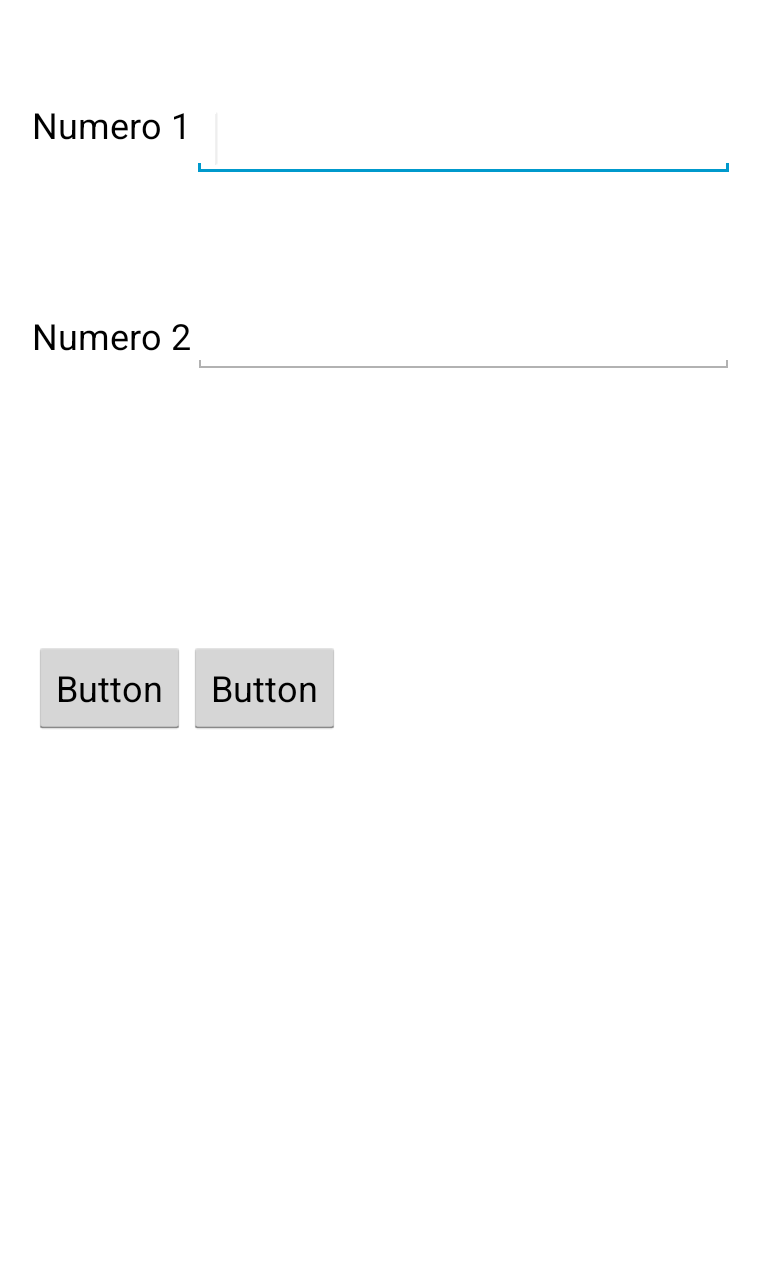
Repository: evervasquez/CursoAndroid
Layout: Precalculadora/res/layout/fragment_main.xml
An editor plug-in stored every save of this project. The layout is shown before and after the next save, followed by the edit.
It is drawn on a 768 x 1280 px phone screen (xhdpi) without system bars, with theme AppTheme; the app's code is not run.

Above is the layout before, as saved 2014-04-29 03:30:55.

### Precalculadora/res/layout/fragment_main.xml
<LinearLayout xmlns:android="http://schemas.android.com/apk/res/android"
    xmlns:tools="http://schemas.android.com/tools"
    android:layout_width="match_parent"
    android:layout_height="match_parent"
    android:paddingBottom="@dimen/activity_vertical_margin"
    android:paddingLeft="@dimen/activity_horizontal_margin"
    android:paddingRight="@dimen/activity_horizontal_margin"
    android:paddingTop="@dimen/activity_vertical_margin"
    android:orientation="vertical"
    tools:context="com.android.precalculadora.MainActivity$PlaceholderFragment" >

    <RelativeLayout
        android:id="@+id/liner1"
        android:layout_width="fill_parent"
        android:layout_height="0dp"
        android:layout_weight="1"
        android:orientation="horizontal" >

        <EditText
            android:id="@+id/editText1"
            android:layout_width="wrap_content"
            android:layout_height="wrap_content"
            android:layout_alignParentRight="true"
            android:layout_alignTop="@+id/textView1"
            android:layout_toRightOf="@+id/textView1"
            android:ems="10"
            android:inputType="numberDecimal" >

            <requestFocus />
        </EditText>

        <TextView
            android:id="@+id/textView1"
            android:layout_width="wrap_content"
            android:layout_height="wrap_content"
            android:layout_alignParentLeft="true"
            android:layout_alignParentTop="true"
            android:layout_marginTop="34dp"
            android:text="@string/txt_num1"
            android:textAppearance="?android:attr/textAppearanceMedium" />

        <TextView
            android:id="@+id/textView2"
            android:layout_width="wrap_content"
            android:layout_height="wrap_content"
            android:layout_alignParentLeft="true"
            android:layout_centerVertical="true"
            android:text="@string/txt_num2"
            android:textAppearance="?android:attr/textAppearanceMedium" />

        <EditText
            android:id="@+id/editText2"
            android:layout_width="wrap_content"
            android:layout_height="wrap_content"
            android:layout_alignBaseline="@+id/textView2"
            android:layout_alignBottom="@+id/textView2"
            android:layout_alignLeft="@+id/editText1"
            android:layout_alignParentRight="true"
            android:ems="10"
            android:inputType="numberDecimal" />

    </RelativeLayout>

	<LinearLayout
	    android:id="@+id/liner2"
        android:layout_width="fill_parent"
        android:layout_height="0dp"
        android:layout_weight="1"
        android:orientation="horizontal" >

		<Button
		    android:id="@+id/button1"
		    android:layout_width="wrap_content"
		    android:layout_height="wrap_content"
		    android:text="Button" />

		<Button
		    android:id="@+id/button2"
		    android:layout_width="wrap_content"
		    android:layout_height="wrap_content"
		    android:text="Button" />

    </LinearLayout>
</LinearLayout>

### Precalculadora/res/values/strings.xml
<?xml version="1.0" encoding="utf-8"?>
<resources>

    <string name="app_name">Precalculadora</string>
    <string name="hello_world">Hello world!</string>
    <string name="action_settings">Settings</string>
    <string name="txt_num1">Numero 1</string>
    <string name="txt_num2">Numero 2</string>

</resources>

Loaded but not shown: Precalculadora/res/values/styles.xml (common file); Precalculadora/res/values-v11/styles.xml (common file); Precalculadora/res/values-v14/styles.xml (common file); Precalculadora/res/values/dimens.xml (common file); Precalculadora/res/values-w820dp/dimens.xml (common file)

After the next save:
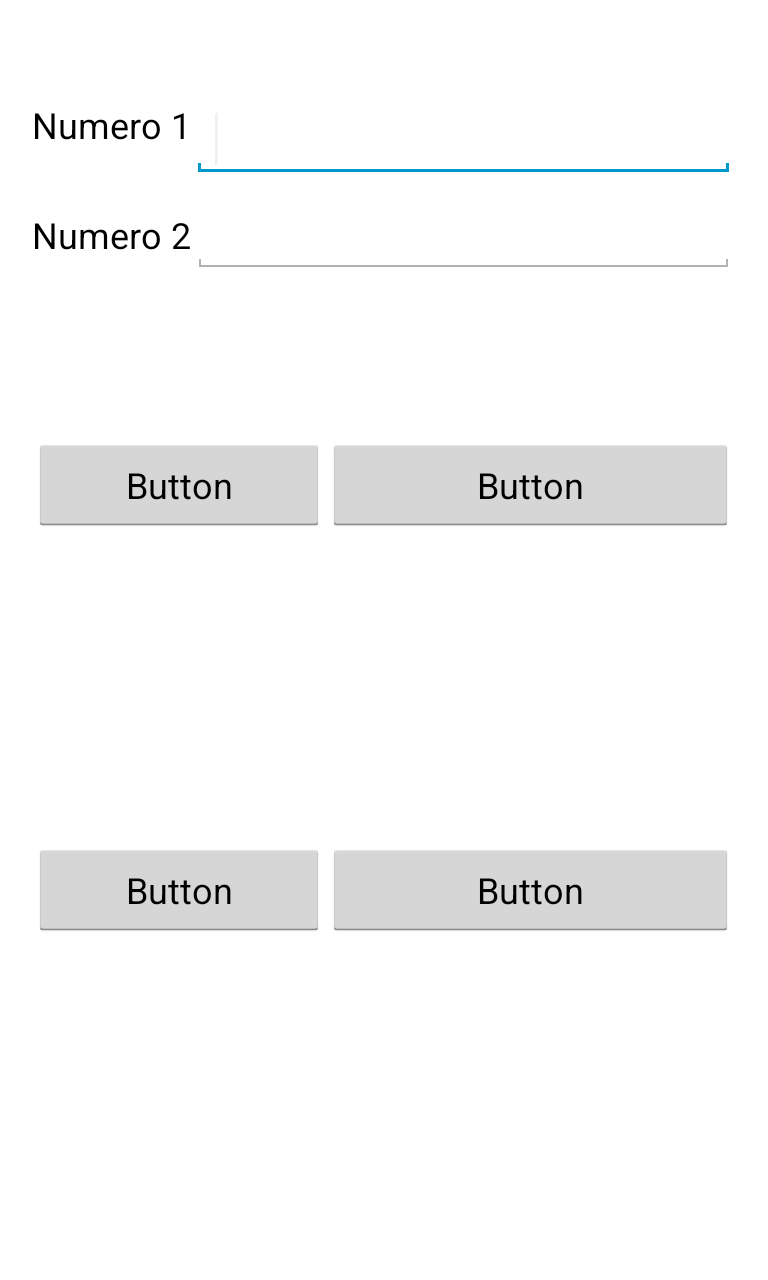
Saved 21 s later.
--- a/Precalculadora/res/layout/fragment_main.xml
+++ b/Precalculadora/res/layout/fragment_main.xml
@@ -63,22 +63,44 @@
 
 	<LinearLayout
 	    android:id="@+id/liner2"
-        android:layout_width="fill_parent"
-        android:layout_height="0dp"
-        android:layout_weight="1"
-        android:orientation="horizontal" >
+	    android:layout_width="fill_parent"
+	    android:layout_height="0dp"
+	    android:layout_weight="1"
+	    android:orientation="horizontal" >
 
-		<Button
-		    android:id="@+id/button1"
-		    android:layout_width="wrap_content"
-		    android:layout_height="wrap_content"
-		    android:text="Button" />
+	    <Button
+	        android:id="@+id/button1"
+	        android:layout_width="wrap_content"
+	        android:layout_height="wrap_content"
+	        android:layout_weight="0.33"
+	        android:text="Button" />
 
-		<Button
-		    android:id="@+id/button2"
-		    android:layout_width="wrap_content"
-		    android:layout_height="wrap_content"
-		    android:text="Button" />
+	    <Button
+	        android:id="@+id/button2"
+	        android:layout_width="wrap_content"
+	        android:layout_height="wrap_content"
+	        android:layout_weight="0.60"
+	        android:text="Button" />
+	</LinearLayout>
+	<LinearLayout
+	    android:id="@+id/liner2"
+	    android:layout_width="fill_parent"
+	    android:layout_height="0dp"
+	    android:layout_weight="1"
+	    android:orientation="horizontal" >
 
-    </LinearLayout>
+	    <Button
+	        android:id="@+id/button1"
+	        android:layout_width="wrap_content"
+	        android:layout_height="wrap_content"
+	        android:layout_weight="0.33"
+	        android:text="Button" />
+
+	    <Button
+	        android:id="@+id/button2"
+	        android:layout_width="wrap_content"
+	        android:layout_height="wrap_content"
+	        android:layout_weight="0.60"
+	        android:text="Button" />
+	</LinearLayout>
 </LinearLayout>
